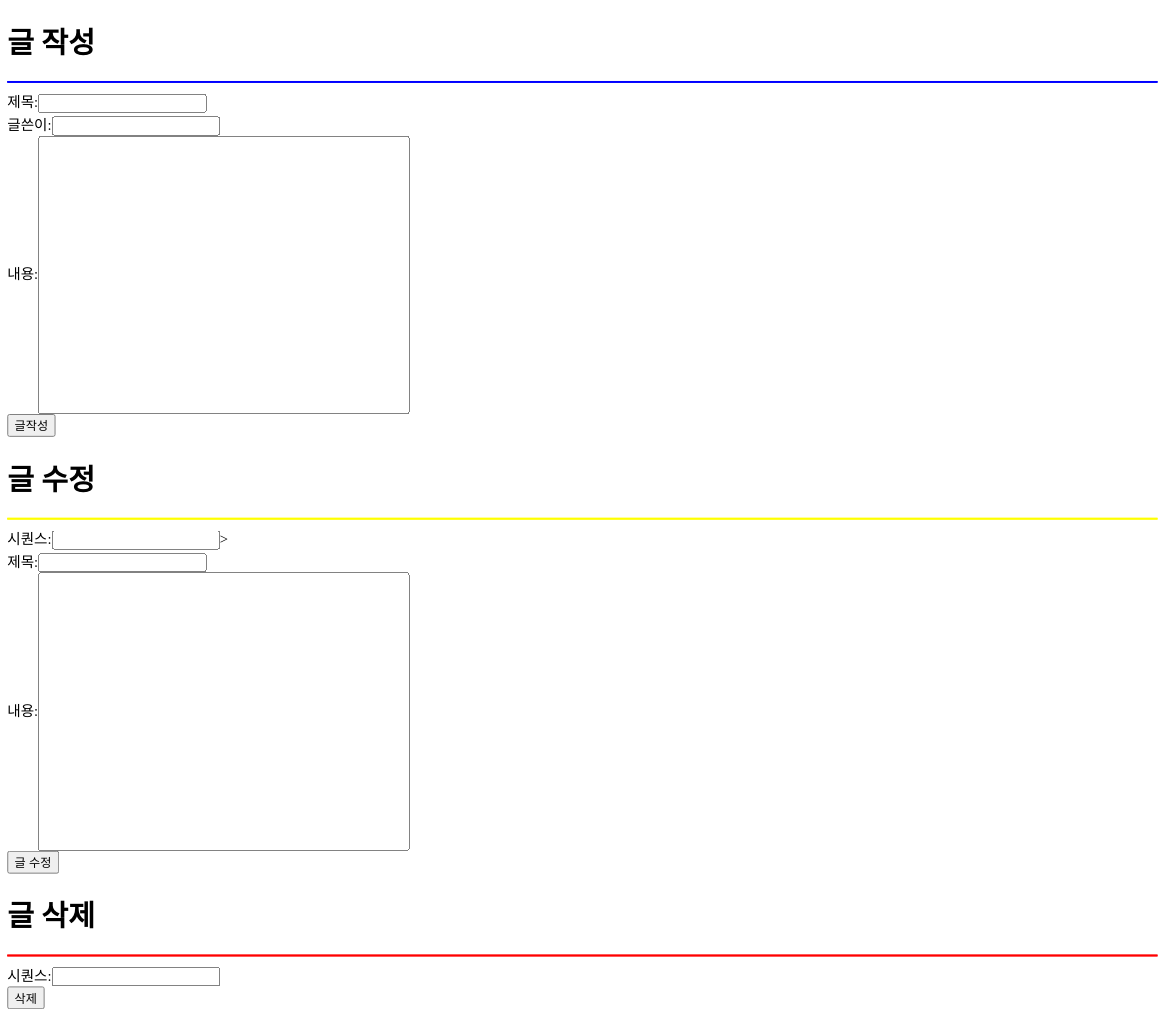
Repository: Yusubin/workEx
Page: test00/src/main/webapp/index.html
An editor plug-in stored every save of this project. The page is shown before and after the next save, followed by the edit.
The browser window is 1280 px wide. The pictures show the whole page, at 91% of full size.

Above is the page before, as saved 2022-02-15 02:04:35.

After the next save:
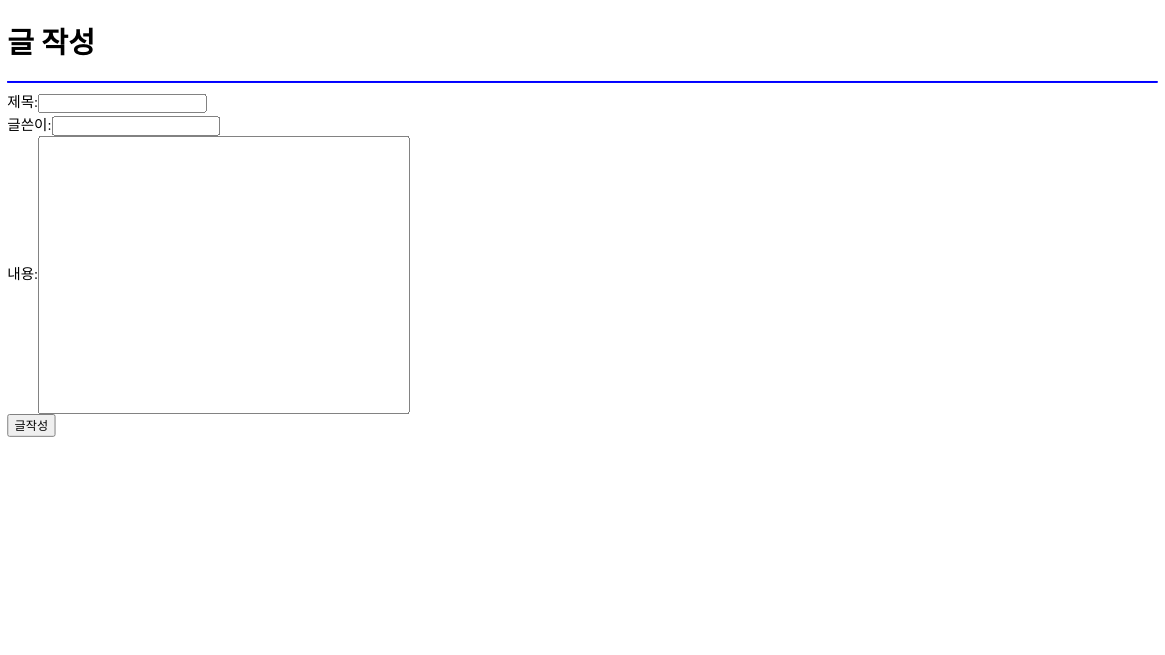
Saved 99 s later.
--- a/test00/src/main/webapp/index.html
+++ b/test00/src/main/webapp/index.html
@@ -11,24 +11,8 @@
 	제목:<input type="text" name="title"><br>
 	글쓴이:<input type="text" name="name"><br>
 	내용:<input type="text" name="content" style="width:400px; height:300px"><br>
-
 	<button>글작성</button>
+	</form>
 
 
-	</form>
-	<h1>글 수정</h1>
-	<hr color="yellow">
-	<form action="update.jsp">
-	시퀀스:<input type="text" name="idx">><br>
-	제목:<input type="text" name="title"><br>
-	내용:<input type="text" name="content" style="width:400px; height:300px"><br>
-	<button>글 수정</button>
-	</form>
-
-	<h1>글 삭제</h1>
-	<hr color="red">
-	<form action="delete.jsp">
-	시퀀스:<input type="text" name="idx"><br>
-	<button>삭제</button>
-	</form>
 </html>
